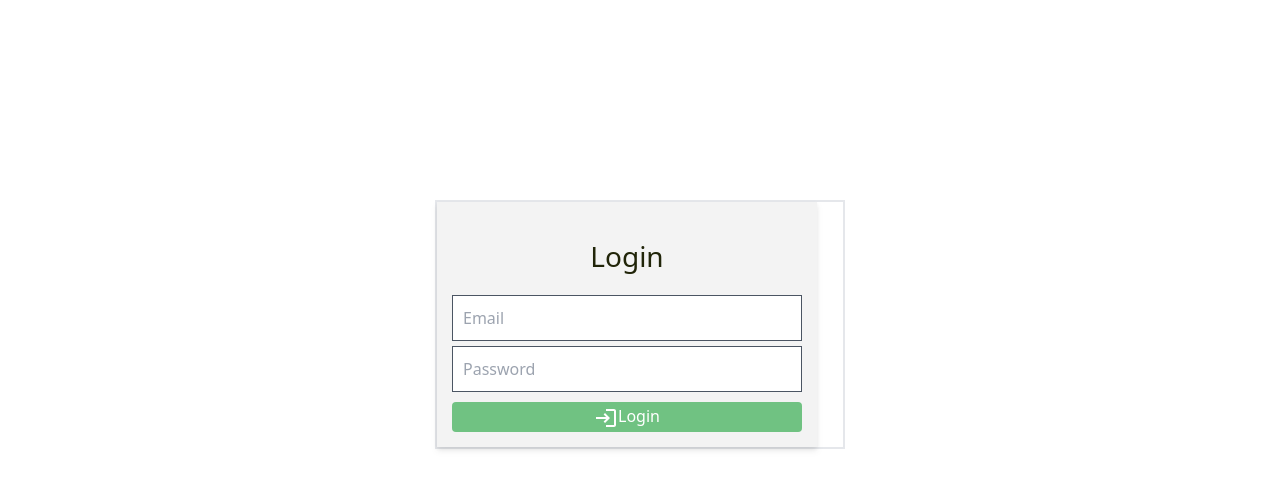
Repository: Kiendz3202/projectFinalPGS
Page: /home
These files come from the project's save history. The page is drawn as it stood at one moment and after the next save; the edit follows.
The browser window is 1280 px wide. The pictures show the whole page.
The project was rebuilt for these pictures with package versions that can differ from the ones it lists, and the page was loaded fresh each time. Also part of the build but not shown: src/App.css, src/pages/HomePage.tsx.

Above is the page before, as saved 2022-03-10 22:19:18.

### src/index.tsx
import React from 'react';
import ReactDOM from 'react-dom';
import './index.css';
import App from './App';
import { BrowserRouter} from 'react-router-dom'
import { Provider } from 'react-redux';
import store from './store/index'


ReactDOM.render(
  <Provider store={store}>
  <BrowserRouter>
    <App />
  </BrowserRouter>
  </Provider>,
  document.getElementById('root')
);

### src/App.tsx
import React, { Fragment, useEffect, useState } from 'react';
import logo from './logo.svg';
import './App.css';
import LoginContainer from './components/auth/LoginContainer';
import Router from './Router';
import Header from './components/header/Header';
import Navbar from './components/navbar/Navbar';
import { useDispatch, useSelector,RootStateOrAny } from 'react-redux';
import { ROUTES } from './config/Routes';
import {Navigate, Route, Routes} from 'react-router-dom'


function App() {


  return (
    <div>
      <Routes>
        <Route path='/' element={<Navigate to={ROUTES.login} />} />
        <Route path={`${ROUTES.login}/*`} element={<LoginContainer />} />
        <Route path={`${ROUTES.home}/*`} element={<Router />} />
      </Routes>
    </div>
  );
}

export default App;

### src/store/index.tsx
import { configureStore } from "@reduxjs/toolkit";
import loginSlice from './loginSlice'

const store = configureStore({
    reducer: { login: loginSlice.reducer }
})

export default store

### src/components/auth/LoginContainer.tsx
import React from 'react'
import { Route,Routes } from 'react-router-dom'
import LoginPage from '../../pages/LoginPage'

function LoginContainer() {
  return (
    <div>
        <Routes>
        <Route path='/' element={<LoginPage />} />
        </Routes>
    </div>
  )
}

export default LoginContainer

### src/Router.tsx
import React, { lazy } from 'react';
import { Route, Routes,BrowserRouter,Navigate } from 'react-router-dom';
import {ROUTES} from './config/Routes'
import ProtectedRoute from './ProtectedRoute';
import { Suspense } from 'react';
import Header from './components/header/Header';
import Navbar from './components/navbar/Navbar';


const HomePage = lazy(() => import('./pages/HomePage'));
const LoginPage = lazy(() => import('./pages/LoginPage'));

interface Props {}

const Router = (props: Props) => {

  return (
    <Suspense fallback={<div>Loading.....</div>}>
      <Header />
      <div className='flex'>
        <Navbar />
      <Routes>
        {/* <Route path={ROUTES.login} element={<LoginPage />} /> */}
        <Route path='/' element={<ProtectedRoute />} />
        {/* <Route path="/" element={<Navigate to={ROUTES.login} />} /> */}
      </Routes>
      </div>
    </Suspense>
  );
};

export default Router

### src/config/Routes.tsx
export const ROUTES = {
    home:'/home',
    login:'/login'
}

### src/store/loginSlice.tsx
import { createSlice } from "@reduxjs/toolkit";

const loginSlice = createSlice({
    name:'login',
    initialState:{loginSuccess:false},
    reducers:{
        login(state){
            state.loginSuccess = !state.loginSuccess
        }
    }
})

export const loginActions = loginSlice.actions
export default loginSlice

### src/pages/LoginPage.tsx
import React,{useState} from 'react'
import { useDispatch } from 'react-redux';
import { useNavigate } from 'react-router-dom';
import { ILoginValidation } from '../components/auth/auth'
import Login from '../components/auth/Login'
import { loginActions } from '../store/loginSlice';


function LoginPage() {
  const dispatch = useDispatch()
    const [loading, setLoading] = useState(false);
    const [errorMessage, setErrorMessage] = useState('');
    const navigate = useNavigate()
    const onLogin = async (value:ILoginValidation) =>{
      try{
        const response = await fetch('https://api.gearfocus.div4.pgtest.co/api/authentication/login',{
        method:'POST',
        headers:{
          'Content-Type': 'application/json'
        },
        body:JSON.stringify({
          email:value.email,
          password:value.password
        })
      })
      if(!response){
        throw new Error('something wrong')
        return;
      }
      console.log(response)
        sessionStorage.setItem("status",response.status.toString())
        dispatch(loginActions.login())
        navigate('/home')
      }catch(errorMessage){
        console.warn(errorMessage)
      }
    }

    return (
        <Login onLogin={onLogin} loading={loading} errorMessage={errorMessage} />
    )
}

export default LoginPage

### src/ProtectedRoute.tsx
import React from 'react'
import { Navigate, Route,RouteProps } from 'react-router-dom'
// import {Redirect} from 'react-router-dom'
import {ROUTES} from './config/Routes'
import HomePage from './pages/HomePage'


interface Props extends RouteProps {}

function ProtectedRoute(props: Props) {
  const {...rest} = props
  const auth = sessionStorage.getItem('status')
  if(auth == '200'){
    return <HomePage />
  }
  return (
    <Navigate to={ROUTES.login} />
  )
}

export default ProtectedRoute

// import React from 'react';
// import { Redirect, Route, RouteProps } from 'react-router-dom';
// import { ROUTES } from '../../../configs/routes';
// import Cookies from 'js-cookie';
// import { ACCESS_TOKEN_KEY } from '../../../utils/constants';
// import { RouteSharp } from '@mui/icons-material';

// interface Props extends RouteProps {}

// const ProtectedRoute = (props: Props) => {
//   const { ...rest } = props;
//   const auth = Cookies.get(ACCESS_TOKEN_KEY);

//   if (auth) {
//     return <Route {...rest} />;
//   }

//   return (
//     <Redirect
//       to={{
//         pathname: ROUTES.login,
//       }}
//     />
//   );
// };

// export default ProtectedRoute;

### src/components/header/Header.tsx
import React from 'react'
import ListIcon from '@mui/icons-material/List';
import NotificationsNoneIcon from '@mui/icons-material/NotificationsNone';
import PersonOutlineIcon from '@mui/icons-material/PersonOutline';

function Header() {
  return (
    <div className='w-full p-[20px] bg-[#323259] text-white'>
        <div className='w-full flex justify-between h-[36px] '>
        <div className='leading-[36px]'>
            <ul className='flex '>
                <li className='text-[28px] mr-[22px] cursor-pointer'><ListIcon /></li>
                <li className='text-[28px] cursor-pointer'>Gear Focus Admin</li>
                <li className=' text-[20px] cursor-pointer'><NotificationsNoneIcon /></li>
            </ul>
        </div>
        <div className='leading-[36px] cursor-pointer'>
            <PersonOutlineIcon />
        </div>
        </div>
    </div>
  )
}

export default Header

### src/components/navbar/Navbar.tsx
import React from 'react'
import GroupIcon from '@mui/icons-material/Group';
import LocalOfferIcon from '@mui/icons-material/LocalOffer';
import ChevronLeftIcon from '@mui/icons-material/ChevronLeft';

function Navbar() {
  return (
    <div className=' w-[216px] max-w-[216px] px-[20px] py-[10px] h-screen bg-[#323259] text-white'>
        <ul>
            <div className='flex justify-between text-[18px] border-b-[1px] py-[12px] border-black cursor-pointer'>
                <li><LocalOfferIcon className=' text-xs' /> Catalog</li>
                <li><ChevronLeftIcon /></li>
            </div>
            <div className='flex justify-between text-[18px] border-b-[1px] py-[12px] border-black cursor-pointer'>
                <li><GroupIcon /> User</li>
                <li><ChevronLeftIcon /></li>
            </div>
        </ul>
    </div>
  )
}

export default Navbar

### src/components/auth/Login.tsx
import React, { useState } from 'react'
import LoginIcon from '@mui/icons-material/Login';
import { ILoginValidation } from './auth';
import ValidateLoginForm from './ValidateLoginForm';

interface Props{
    onLogin(value:ILoginValidation):void;
    loading:boolean;
    errorMessage:string
}

const InvalidEmailWarn = () => {
    return <p>InValid email address</p>
}
const InvalidPasswordWarn = () => {
    return <p>Invalid password. Password must be at least 6 characters long, and capital letter at the beginning.</p>
}

function Login(props:Props) {
    const {onLogin,loading,errorMessage} = props;
    const [formValue,setFormValue] = useState({email:'',password:''})
    const [isValidated,setIsValidated] = useState({email:'',password:''})
    const [email,setEmail] = useState('');
    const [password,setPassword] = useState('');
    // const onSubmit = React.useCallback((e: React.FormEvent<HTMLElement>) =>{
        // e.preventDefault();
        // setIsValidated(ValidateLoginForm(formValue));
        // if(isValidated.email && isValidated.password){
        //     onLogin(formValue);
        // }else{
        //     return;
        // }
        // console.log(isValidated)
            // onLogin(formValue))
    // }
    const valid = (value:ILoginValidation) =>{
        if(value.email === '' && value.password === ''){
            return true
        }else{
            return false
        }
    }
    const onSubmit = React.useCallback(() => {
        setIsValidated(ValidateLoginForm(formValue));
        console.log(ValidateLoginForm(formValue))
        console.log(valid(ValidateLoginForm(formValue)))
        if (!valid(ValidateLoginForm(formValue))) {
            return;
          }

          onLogin(formValue);

      }, [formValue, onLogin]);
    return (
        <div className=' max-w-[410px] w-full m-auto border-2 mt-[200px]'>
            <form  onSubmit={(e) => {
        e.preventDefault();
        onSubmit();
      }} className='flex flex-col w-[380px] p-[15px] bg-[#f3f3f3] drop-shadow-md'>
                <p className=' text-center text-[#212509] text-[28px] my-[18px]'>Login</p>
                <div className=' justify-center mb-[5px] '>
                    <input onChange={(e) => setFormValue({...formValue,email:e.target.value})} value={formValue.email} type="text" className='w-full p-[10px] border border-gray-600 outline-blue-300' placeholder='Email' />
                    {isValidated.email ?? <p>{isValidated.email}</p>}
                </div>
                <div className=' justify-center mb-[10px] '>
                    <input onChange={(e) => setFormValue({...formValue,password:e.target.value})} value={formValue.password} type="password" className='w-full p-[10px] border border-gray-600 outline-blue-300' placeholder='Password' />
                    {isValidated.password ?? <p>{isValidated.password}</p>}
                </div>
                <button className=' bg-[#70c282] h-[30px] rounded text-white font-medium'>
                    <LoginIcon />
                    Login
                </button>
                {errorMessage ?? <p>email or password is wrong!</p>}
            </form>
        </div>
    )
}

export default Login

### src/components/auth/ValidateLoginForm.tsx
import React from 'react'
import { ILoginValidation } from './auth';

export function ValidateEmail(email:string) {
    let isValidated = String(email)
    .toLowerCase()
    .match(
      /^(([^<>()[\]\\.,;:\s@"]+(\.[^<>()[\]\\.,;:\s@"]+)*)|(".+"))@((\[[0-9]{1,3}\.[0-9]{1,3}\.[0-9]{1,3}\.[0-9]{1,3}\])|(([a-zA-Z\-0-9]+\.)+[a-zA-Z]{2,}))$/
    )
    if(isValidated){
        return '';
    }else{
        return 'emailInvalid'
    }
}
export function ValidatePassword(password:string){
    if(password.length >= 6){
        return ''
    }else{
        return 'min length is 6 characters'
    }
}
export default function ValidateLoginForm(formValue:ILoginValidation){
    return {
        email:ValidateEmail(formValue.email),
        password:ValidatePassword(formValue.password)
    }
}

Loaded but not shown: public/index.html (common file); src/index.css (common file); tailwind.config.js (common file)

After the next save:
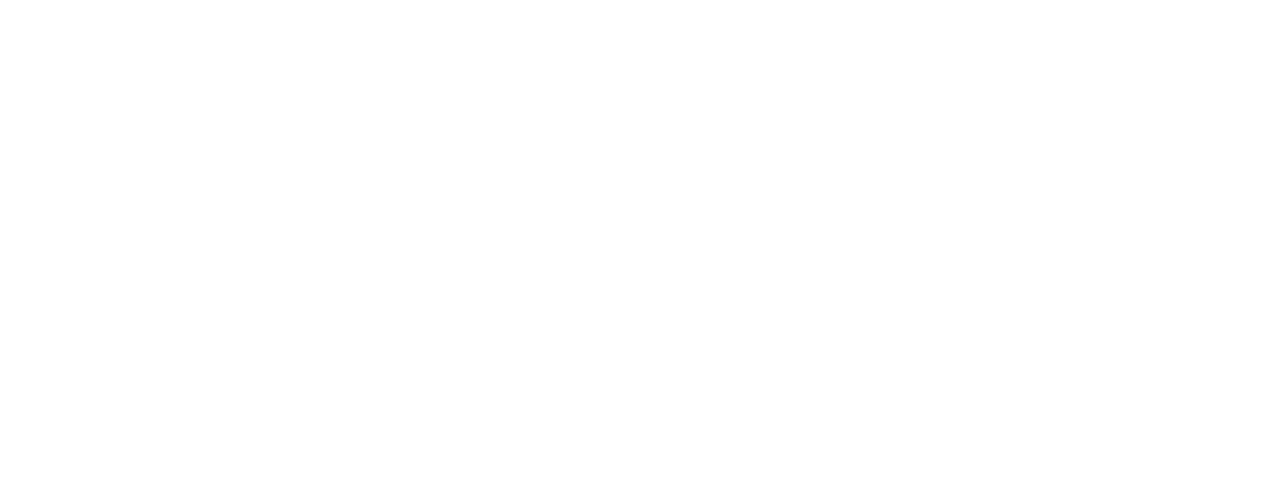
Saved 5 min 51 s later.
--- a/src/App.tsx
+++ b/src/App.tsx
@@ -16,8 +16,8 @@
   return (
     <div>
       <Routes>
-        <Route path='/' element={<Navigate to={ROUTES.login} />} />
-        <Route path={`${ROUTES.login}/*`} element={<LoginContainer />} />
+        {/* <Route path='/' element={<Navigate to={ROUTES.login} />} /> */}
+        <Route path={`/*`} element={<LoginContainer />} />
         <Route path={`${ROUTES.home}/*`} element={<Router />} />
       </Routes>
     </div>

After the save that followed:
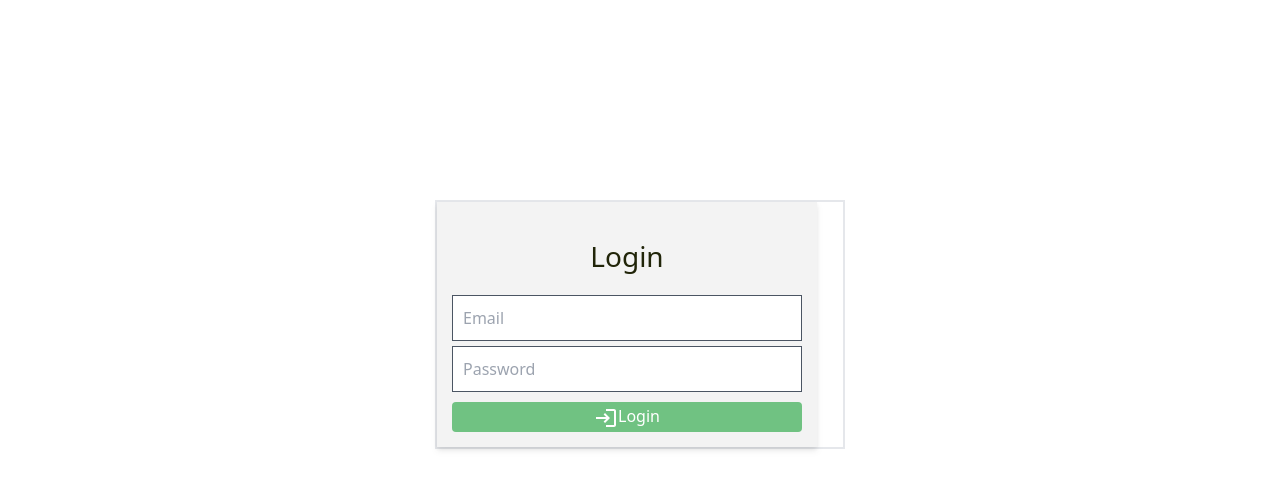
Saved 91 s later.
--- a/src/components/auth/LoginContainer.tsx
+++ b/src/components/auth/LoginContainer.tsx
@@ -1,12 +1,14 @@
 import React from 'react'
-import { Route,Routes } from 'react-router-dom'
+import { Navigate, Route,Routes } from 'react-router-dom'
+import { ROUTES } from '../../config/Routes'
 import LoginPage from '../../pages/LoginPage'
 
 function LoginContainer() {
   return (
     <div>
         <Routes>
-        <Route path='/' element={<LoginPage />} />
+          <Route path='/' element={<Navigate to={ROUTES.login} />} />
+          <Route path={ROUTES.login} element={<LoginPage />} />
         </Routes>
     </div>
   )
